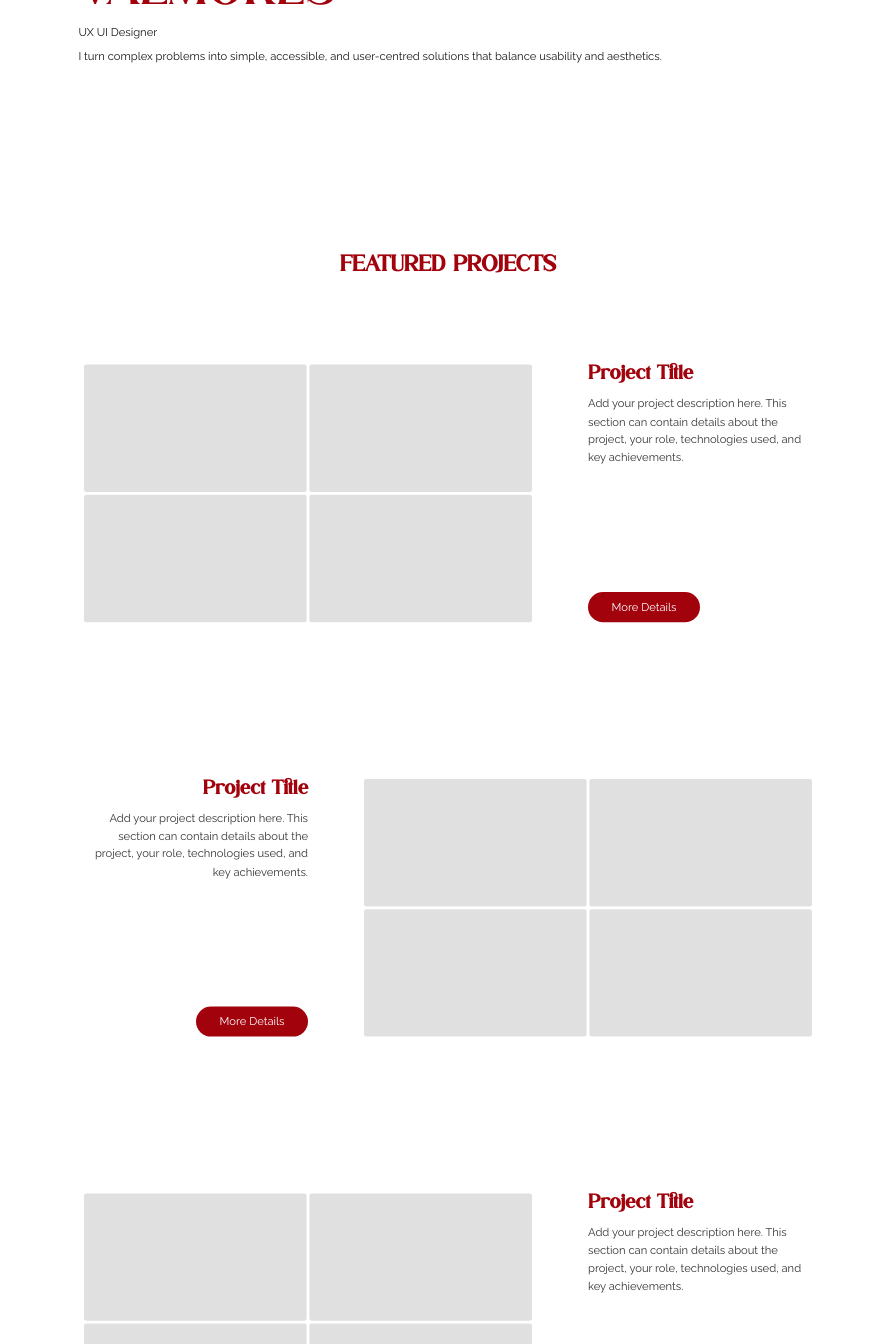
Repository: Micaelavalmores/Micaela-Portfolio
Page: /
The author's editor kept a copy of each file at every save. The page is drawn from the files as they stood at one save, then again after the next save.
The browser window is 1280 px wide. The pictures show the part of the page from y = 457 to 2377 px (the page is 3346 px tall before and 3234 px after), at 70% of full size.
The project was rebuilt for these pictures with package versions that can differ from the ones it lists, and the page was loaded fresh each time. The framework's server and built-in components were replaced by stand-ins that run in the browser. Also part of the build but not shown: next.config.mjs.

Above is the page before, as saved 2026-01-27 13:06:52.

After the next save:
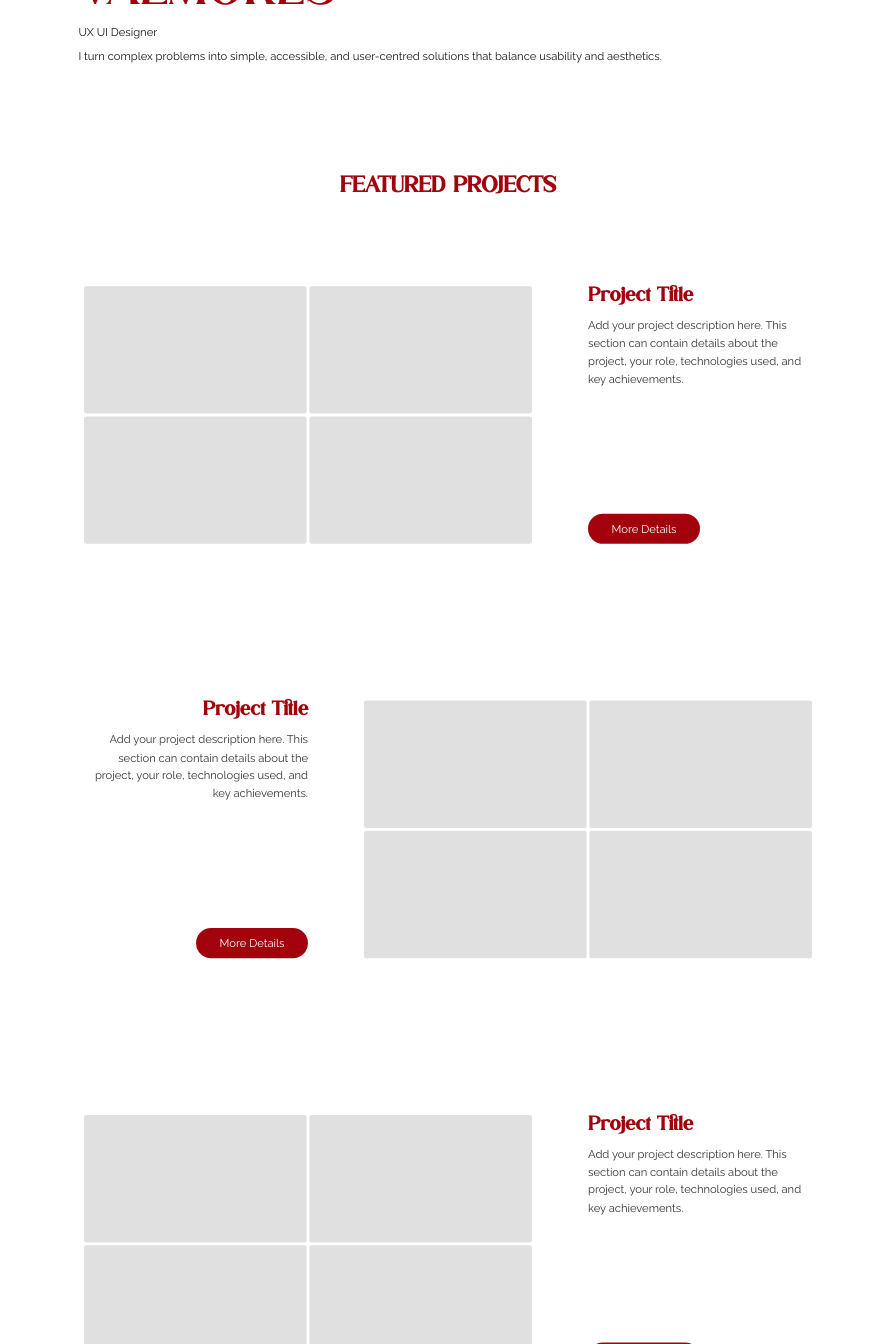
Saved 11 s later.
--- a/app/page.module.css
+++ b/app/page.module.css
@@ -33,7 +33,7 @@
   gap: 1rem;
   padding: 2rem 0;
   background-color: #ffff;
-  margin: 7rem 0;
+  margin: 7rem 0 0;
   /* border-bottom: solid 1px #A2020C; */
 }
 
